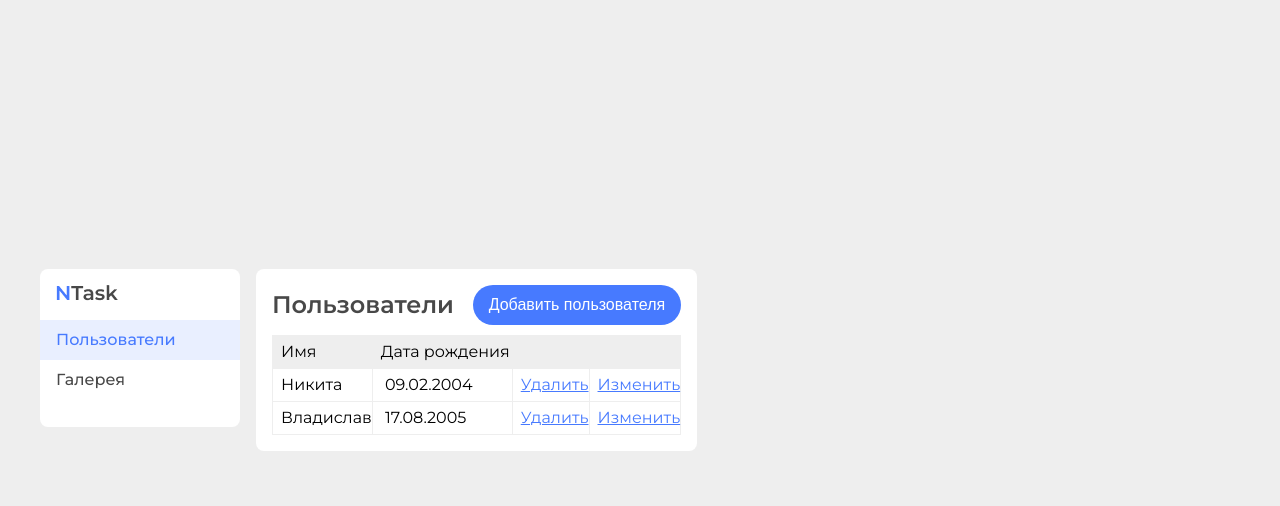
Repository: Grid-Master/NTask
Page: /NTask/gallery
An editor plug-in stored every save of this project. The page is shown before and after the next save, followed by the edit.
The browser window is 1280 px wide. The pictures show the whole page.
The project was rebuilt for these pictures with package versions that can differ from the ones it lists, and the page was loaded fresh each time. Also part of the build but not shown: src/components/gallery/gallery.sass, src/components/updateUser/updateUser.sass, src/components/updateUser/UpdateUser.tsx.

Above is the page before, as saved 2023-06-09 19:50:10.

After the next save:
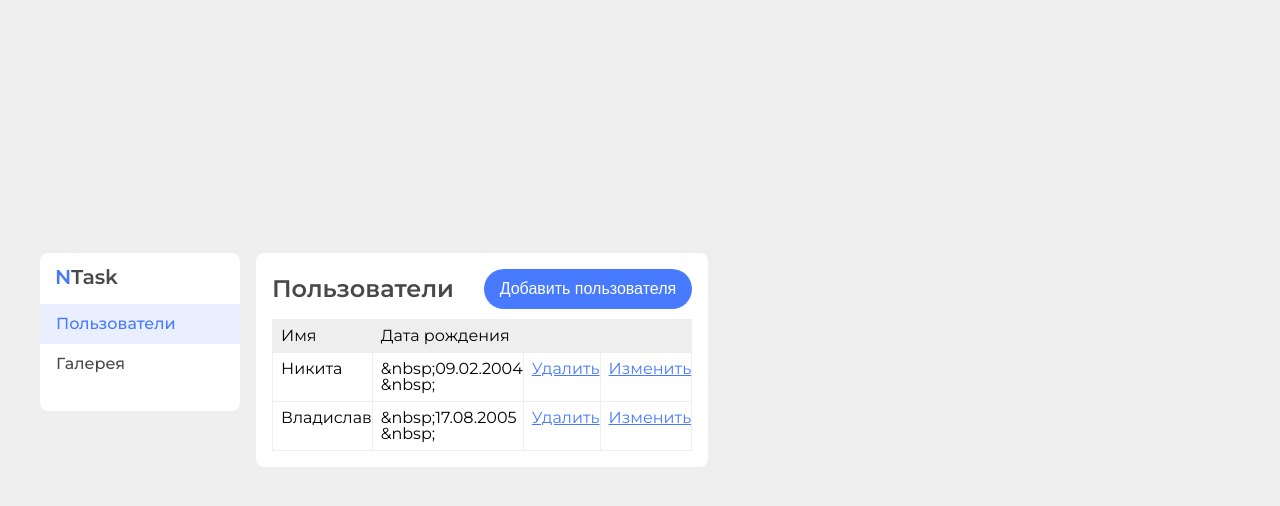
Saved 60 s later.
--- a/src/components/userList/UserList.tsx
+++ b/src/components/userList/UserList.tsx
@@ -36,11 +36,7 @@
         {users.map((user) => (
           <tr key={user.id}>
             <td>{user.name}</td>
-            <td>
-              &nbsp;
-              {user.date}
-              &nbsp; &nbsp;
-            </td>
+            <td>{`&nbsp;${user.date} &nbsp;`}</td>
             <td className="userList__table-btn" onClick={() => deleteHandler(user.id)}>
               Удалить
             </td>

After the save that followed:
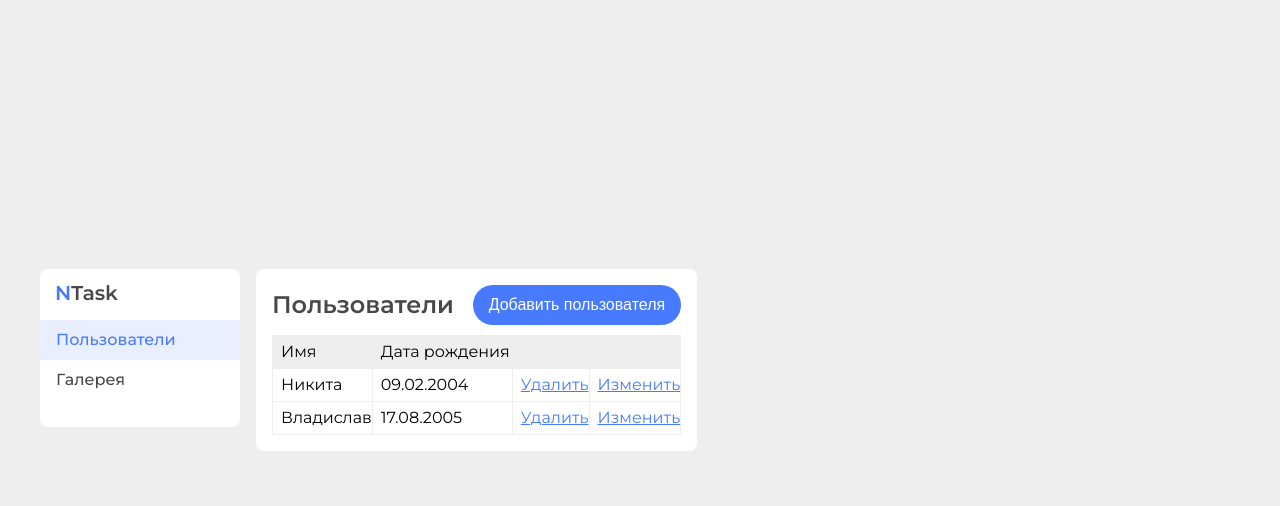
Saved 26 s later.
--- a/src/components/userList/UserList.tsx
+++ b/src/components/userList/UserList.tsx
@@ -36,7 +36,7 @@
         {users.map((user) => (
           <tr key={user.id}>
             <td>{user.name}</td>
-            <td>{`&nbsp;${user.date} &nbsp;`}</td>
+            <td>{`${user.date} `}</td>
             <td className="userList__table-btn" onClick={() => deleteHandler(user.id)}>
               Удалить
             </td>
